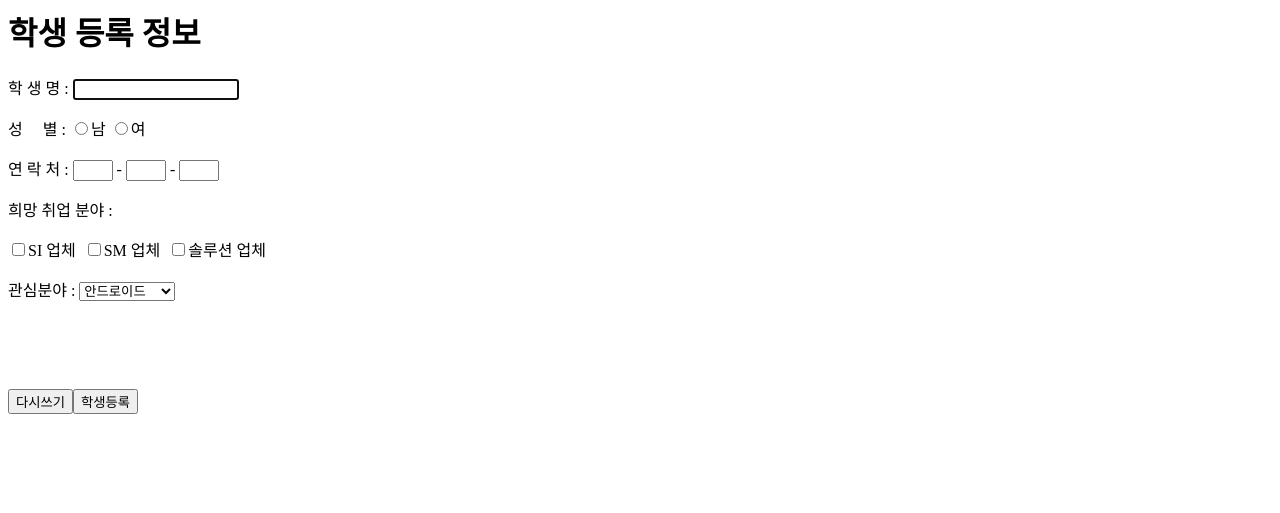
Repository: ddochiisrich/Ddochi-Web
Page: http://localhost/JSPStudyCh04Exam/jspFormData02.jsp
An editor plug-in stored every save of this project. The page is shown before and after the next save, followed by the edit.
The browser window is 1280 px wide. The pictures show the whole page.
The page is served by Tomcat 9. Other server files are loaded and not shown.

Above is the page before, as saved 2024-04-05 03:57:57.

### JSPStudyCh04Exam/src/main/webapp/jspFormData02.jsp
<%@ page language="java" contentType="text/html; charset=UTF-8"
	pageEncoding="UTF-8"%>

<style>
.phone1, .phone2, .phone3 {
	width: 40px
}

.name {
	width: 166px;
}
</style>

<!DOCTYPE html>
<html>
<head>
<meta charset="UTF-8">
<title>Insert title here</title>
</head>
<body>
	<form name="studentInfo" action="studentInform" method="post">
		<h1>학생 등록 정보</h1>
		<p>
			학&nbsp;생&nbsp;명 : <input type="text" name="name" class="name"
				autofocus>
		</p>
		<p>
			성&nbsp;&nbsp;&nbsp;&nbsp;&nbsp;별 : <input type="radio" name="gender"
				value="male">남 <input type="radio" name="gender"
				value="female">여
		</p>
		<p>
			연&nbsp;락&nbsp;처 : <input type="text" name="phone1" class="phone1">
			- <input type="text" name="phone2" class="phone2"> - <input
				type="text" name="phone3" class="phone3">
		</p>
		<p>희망 취업 분야 :</p>
		<p>
			<input type="checkbox" name="si">SI 업체&nbsp;
			<input type="checkbox" name="sm">SM 업체&nbsp;
			<input type="checkbox" name="solution">솔루션 업체
		</p>
		<p>
			관심분야 : <select name="subject">
				<option value="Android">안드로이드</option>
				<option value="JavaScript">자바스크립트</option>
				<option value="Spring">스프링</option>
				<option value="jQuery">제이쿼리</option>
			</select>
		</p>
		<br>
		<br>
		<br>
		<br> <input type="reset" value="다시쓰기"><input
			type="submit" value="학생등록">
	</form>
</body>
</html>

After the next save:
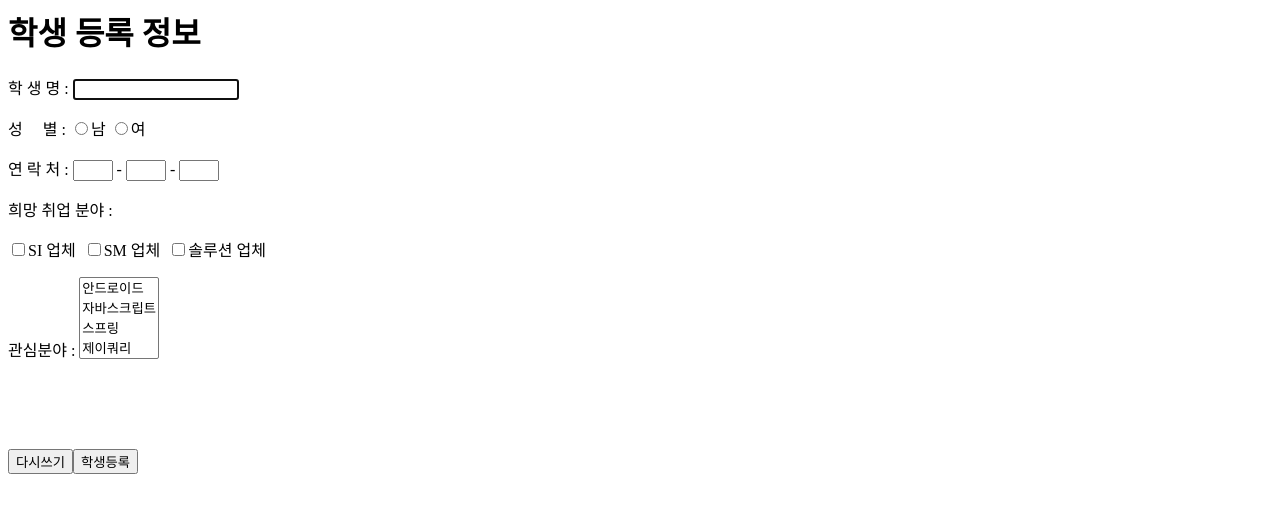
Saved 102 s later.
--- a/JSPStudyCh04Exam/src/main/webapp/jspFormData02.jsp
+++ b/JSPStudyCh04Exam/src/main/webapp/jspFormData02.jsp
@@ -41,7 +41,7 @@
 			<input type="checkbox" name="solution">솔루션 업체
 		</p>
 		<p>
-			관심분야 : <select name="subject">
+			관심분야 : <select name="subject" multiple>
 				<option value="Android">안드로이드</option>
 				<option value="JavaScript">자바스크립트</option>
 				<option value="Spring">스프링</option>
